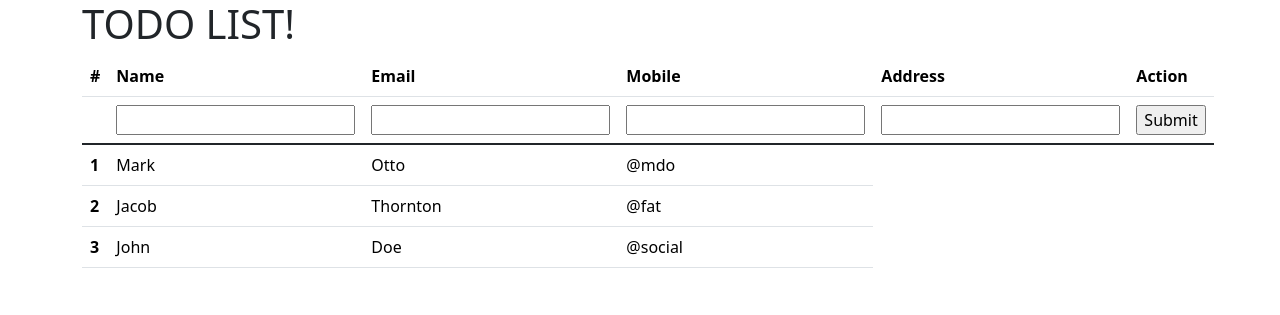
Repository: faizrehmandeveloper-spec/mern
Page: js/todo.html
An editor plug-in stored every save of this project. The page is shown before and after the next save, followed by the edit.
The browser window is 1280 px wide. The pictures show the whole page.

Above is the page before, as saved 2026-06-25 11:35:33.

After the next save:
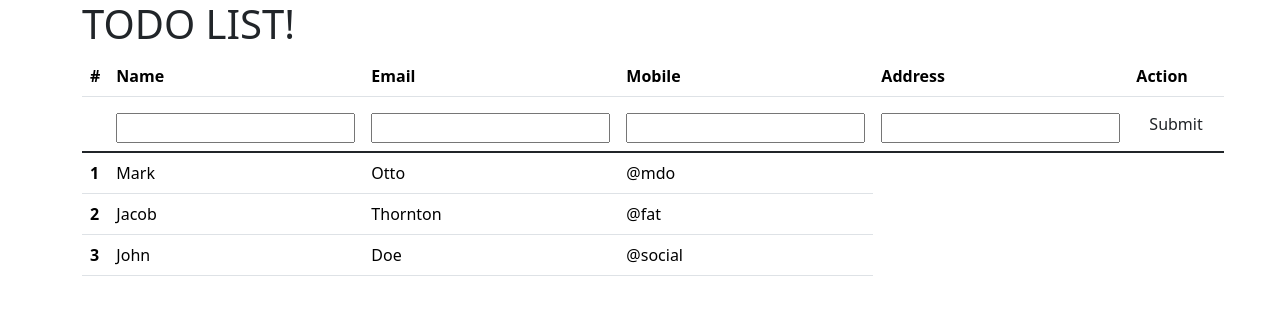
Saved 10 s later.
--- a/js/todo.html
+++ b/js/todo.html
@@ -28,7 +28,7 @@
                     <th><input type="text" id="name"></th>
                     <th><input type="text" id="name"></th>
                     <th><input type="text" id="name"></th>
-                    <th><input type="submit" id="name" ></th>
+                    <th><input type="submit" id="name" class="btn btn-pria"></th>
                 </tr>
             </thead>
             <tbody class="table-group-divider">
